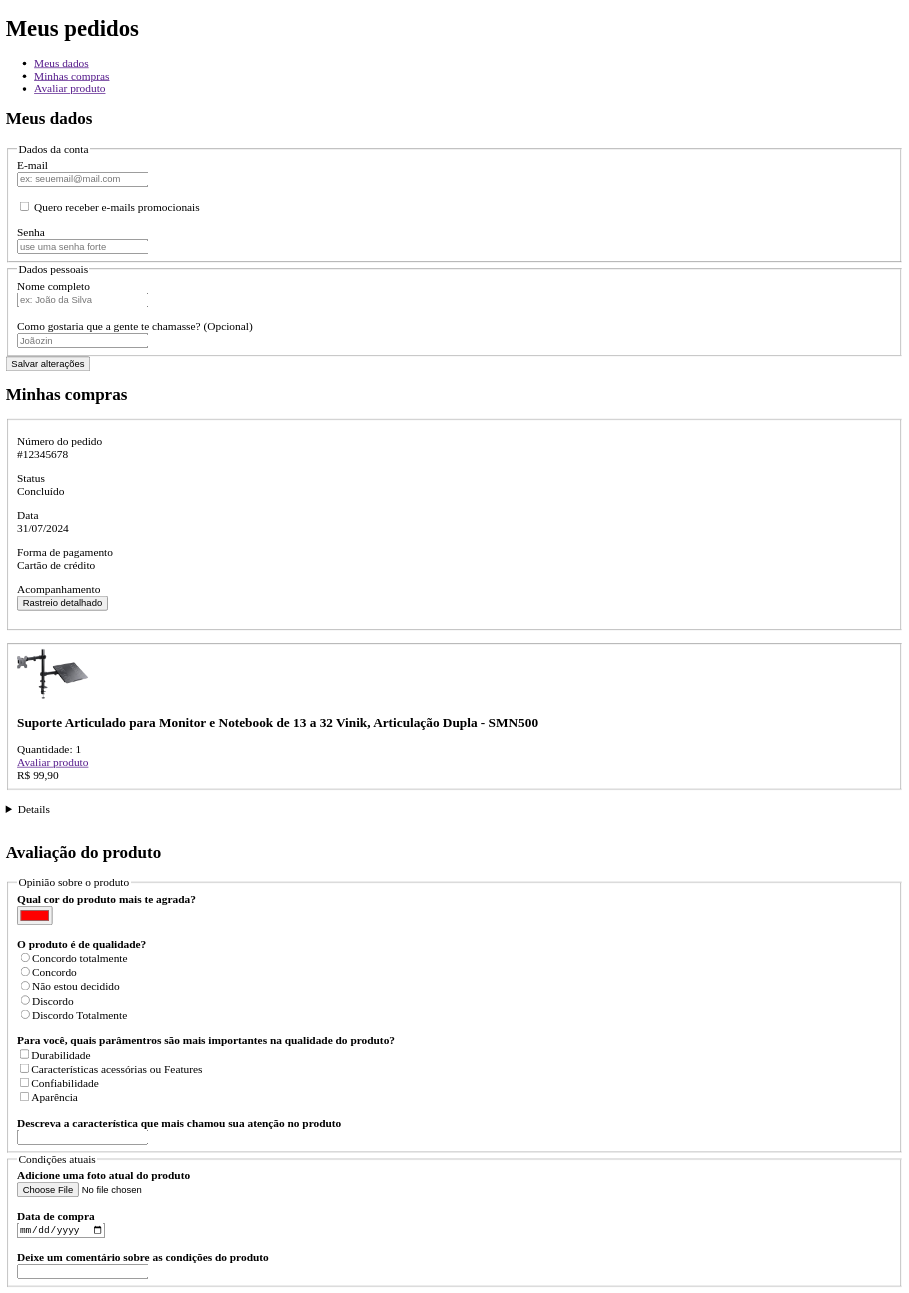
Repository: claudemir-camargo/site-compras
Page: index.html
An editor plug-in stored every save of this project. The page is shown before and after the next save, followed by the edit.
The browser window is 1280 px wide. The pictures show the whole page, at 71% of full size.

Above is the page before, as saved 2024-03-03 23:27:22.

After the next save:
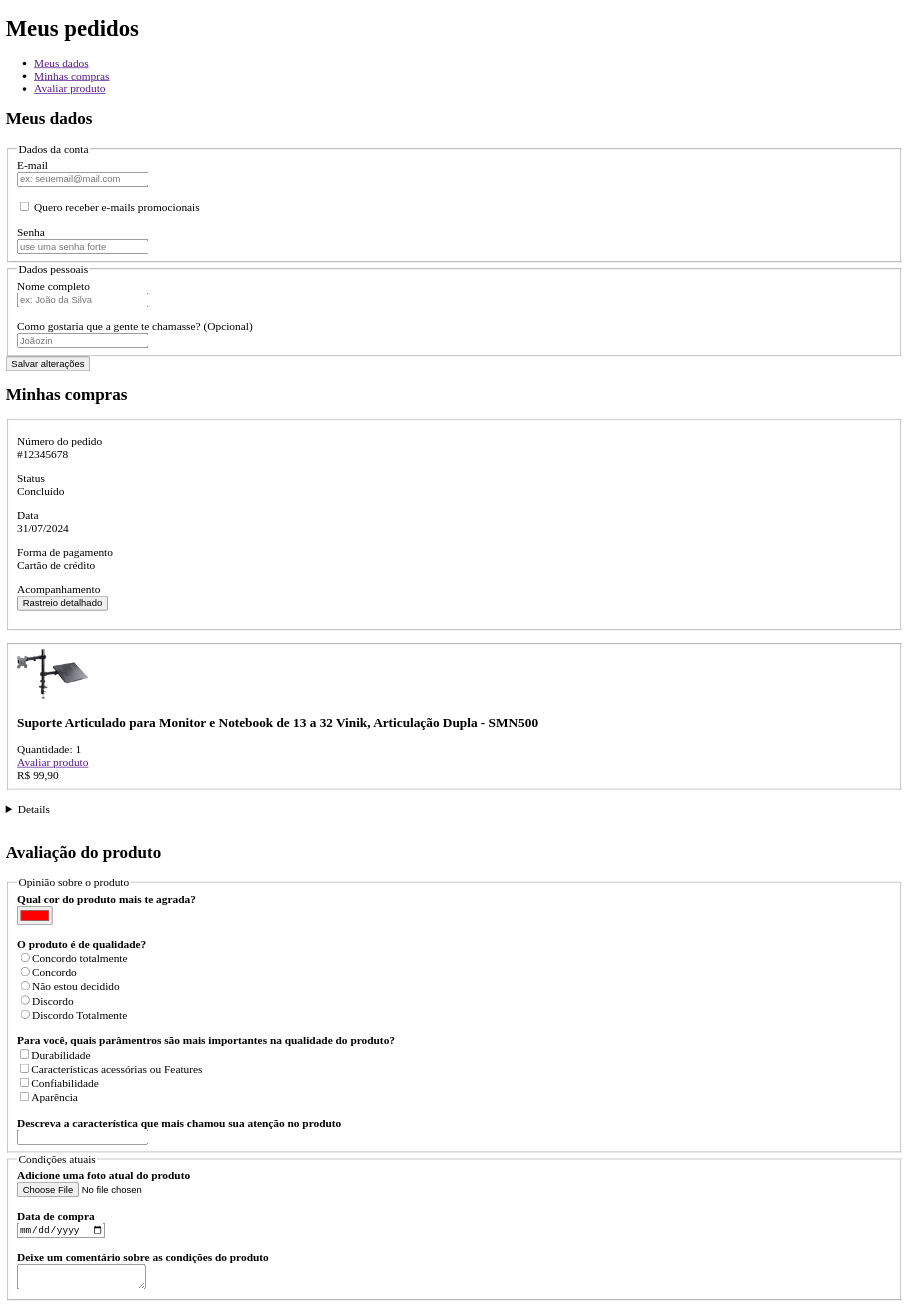
Saved 77 s later.
--- a/index.html
+++ b/index.html
@@ -111,7 +111,7 @@
             <input type="date">
             <br><br>
             <label><strong>Deixe um comentário sobre as condições do produto</strong></label><br>
-            <input type="textarea">
+            <textarea name="comentario"></textarea>
         </fieldset>
 
 
